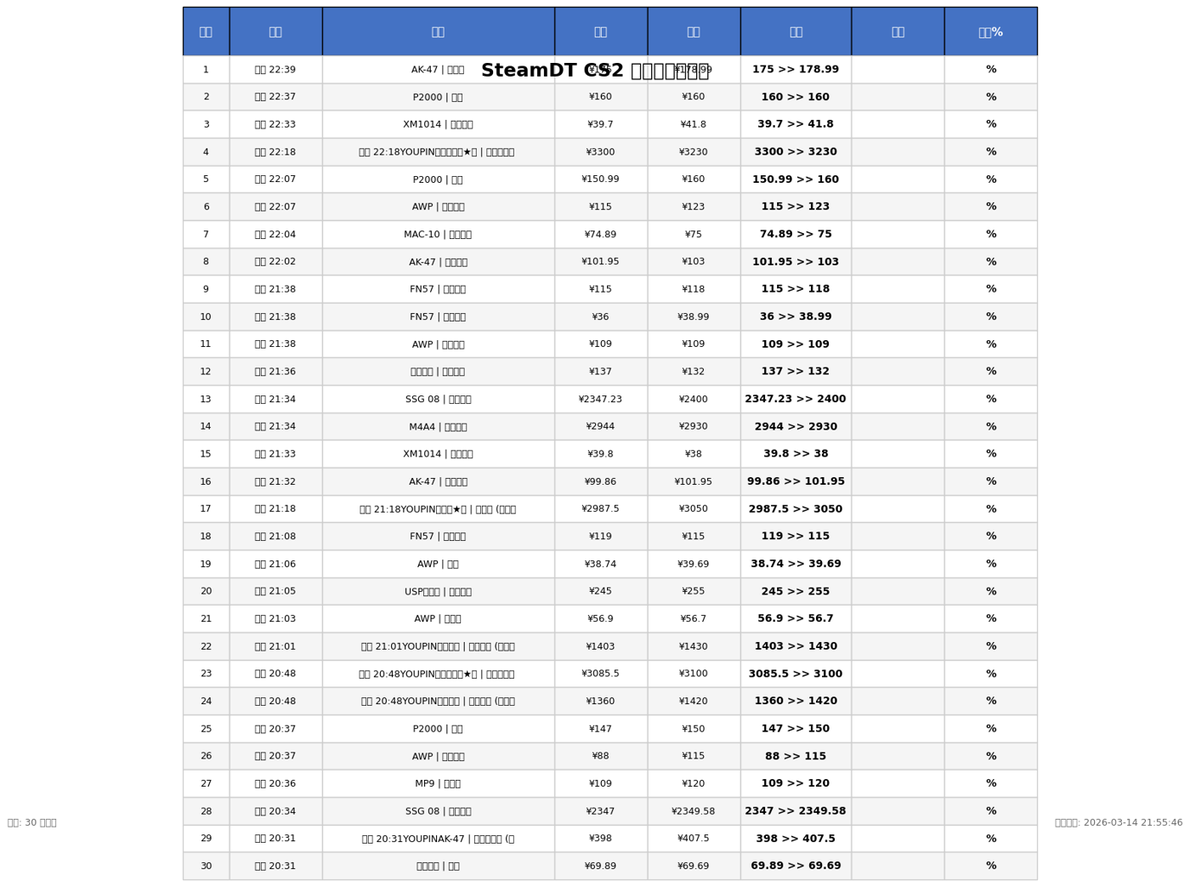
Repository: qinfeng365/koishi-plugin-steamdt-client
Script's output: python generate_table_image.py
An editor plug-in stored every save of this project. The script's output is shown before and after the next save, followed by the edit.
The pictures are shown at 85% of full size.
Figures wider than 1,400 px are first shrunk to that width. Random numbers start from a fixed seed.

Above is the script's output before, as saved 2026-03-14 22:19:15.

After the next save:
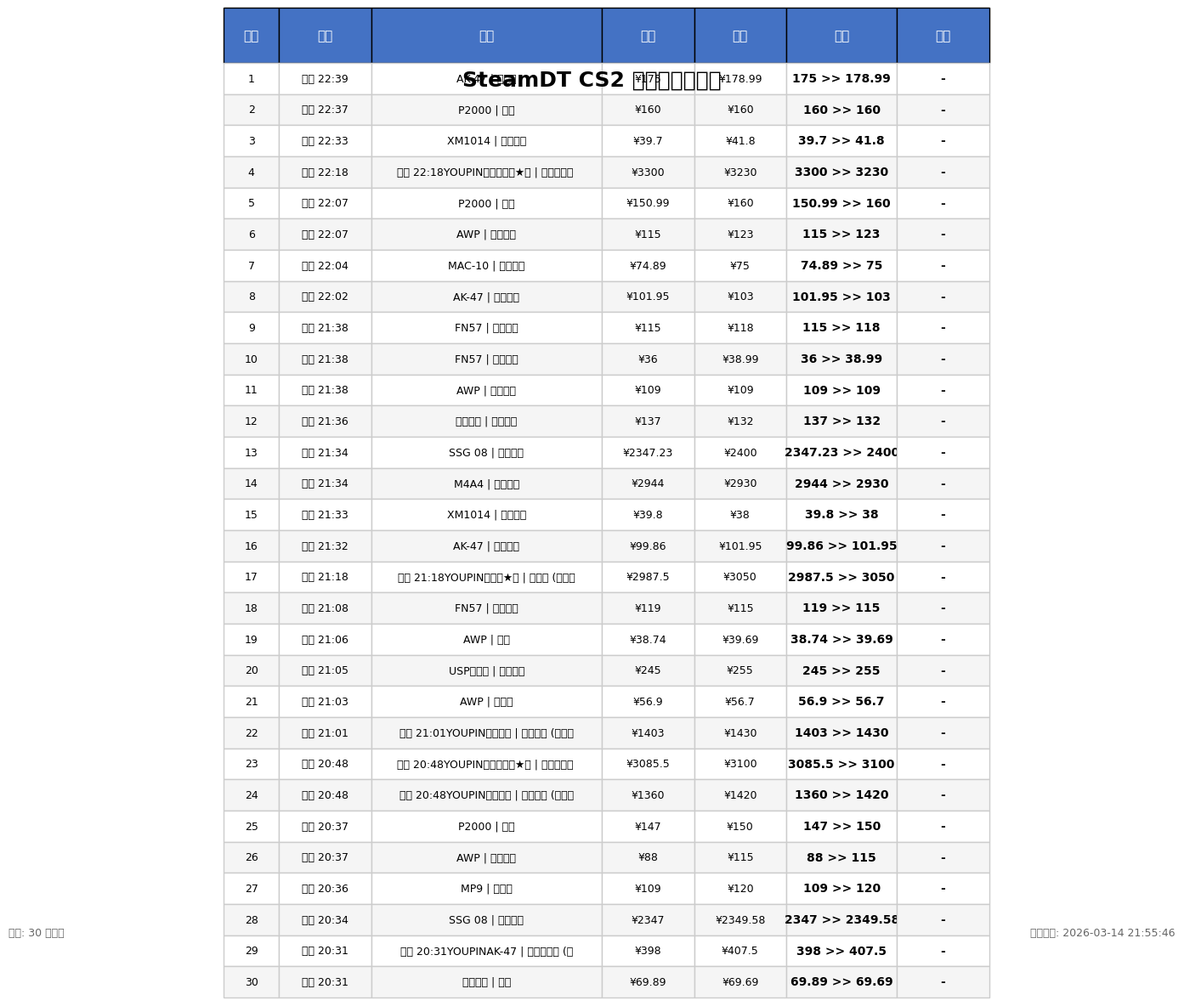
Saved 3 min 31 s later.
--- a/generate_table_image.py
+++ b/generate_table_image.py
@@ -34,6 +34,17 @@
             match = re.search(r'BUFF(.+?)\(', content)
             product_name = match.group(1).strip() if match else content[:30]
 
+            # 处理涨幅显示
+            price_change_percent = item.get('price_change_percent', '-')
+            if price_change_percent and price_change_percent != '-':
+                try:
+                    percent_val = float(price_change_percent)
+                    price_change_percent = f"{percent_val:.2f}%"
+                except:
+                    price_change_percent = f"{price_change_percent}%"
+            else:
+                price_change_percent = '-'
+
             df_data.append({
                 '序号': i,
                 '时间': item.get('timestamp', '-'),
@@ -41,8 +52,7 @@
                 '旧价': f"¥{item.get('old_price', '-')}",
                 '新价': f"¥{item.get('new_price', '-')}",
                 '变化': item.get('price_change', '-'),
-                '趋势': item.get('price_trend', '-'),
-                '涨幅%': f"{item.get('price_change_percent', '-')}%"
+                '涨幅': price_change_percent
             })
 
         df = pd.DataFrame(df_data)
@@ -58,7 +68,7 @@
 
         # 计算图表大小
         fig_height = max(10, len(df) * 0.35)
-        fig, ax = plt.subplots(figsize=(16, fig_height))
+        fig, ax = plt.subplots(figsize=(14, fig_height))
         ax.axis('tight')
         ax.axis('off')
 
@@ -68,7 +78,7 @@
             colLabels=df.columns,
             cellLoc='center',
             loc='center',
-            colWidths=[0.05, 0.1, 0.25, 0.1, 0.1, 0.12, 0.1, 0.1]
+            colWidths=[0.06, 0.1, 0.25, 0.1, 0.1, 0.12, 0.1]
         )
 
         # 设置表格样式
@@ -85,24 +95,16 @@
 
         # 设置行颜色和样式
         for i in range(1, len(df) + 1):
-            trend = df.iloc[i-1]['趋势']
-
             for j in range(len(df.columns)):
                 cell = table[(i, j)]
 
-                # 根据趋势设置背景色
-                if trend == '上涨':
-                    cell.set_facecolor('#FFE6E6')
-                    cell.set_edgecolor('#FF9999')
-                elif trend == '下跌':
-                    cell.set_facecolor('#E6F7E6')
-                    cell.set_edgecolor('#99CC99')
+                # 交替行颜色
+                if i % 2 == 0:
+                    cell.set_facecolor('#F5F5F5')
                 else:
-                    if i % 2 == 0:
-                        cell.set_facecolor('#F5F5F5')
-                    else:
-                        cell.set_facecolor('white')
-                    cell.set_edgecolor('#CCCCCC')
+                    cell.set_facecolor('white')
+
+                cell.set_edgecolor('#CCCCCC')
 
                 # 设置文字样式
                 cell.set_text_props(fontsize=9)
@@ -110,26 +112,20 @@
                 # 价格变化列加粗
                 if j == 5:  # 价格变化列
                     cell.set_text_props(weight='bold', fontsize=10)
-                    if trend == '上涨':
-                        cell.set_text_props(weight='bold', color='#FF4444', fontsize=10)
-                    elif trend == '下跌':
-                        cell.set_text_props(weight='bold', color='#00AA00', fontsize=10)
 
-                # 趋势列加粗
-                if j == 6:
+                # 涨幅列加粗并着色
+                if j == 6:  # 涨幅列
                     cell.set_text_props(weight='bold', fontsize=10)
-                    if trend == '上涨':
-                        cell.set_text_props(weight='bold', color='#FF4444', fontsize=10)
-                    elif trend == '下跌':
-                        cell.set_text_props(weight='bold', color='#00AA00', fontsize=10)
-
-                # 涨幅列加粗
-                if j == 7:
-                    cell.set_text_props(weight='bold', fontsize=10)
-                    if trend == '上涨':
-                        cell.set_text_props(weight='bold', color='#FF4444', fontsize=10)
-                    elif trend == '下跌':
-                        cell.set_text_props(weight='bold', color='#00AA00', fontsize=10)
+                    # 根据涨幅值着色
+                    try:
+                        percent_str = df.iloc[i-1]['涨幅'].replace('%', '')
+                        percent_val = float(percent_str)
+                        if percent_val > 0:
+                            cell.set_text_props(weight='bold', color='#FF4444', fontsize=10)
+                        elif percent_val < 0:
+                            cell.set_text_props(weight='bold', color='#00AA00', fontsize=10)
+                    except:
+                        pass
 
         # 添加标题
         fig.suptitle('SteamDT CS2 饰品异动数据表', fontsize=18, fontweight='bold', y=0.98)
